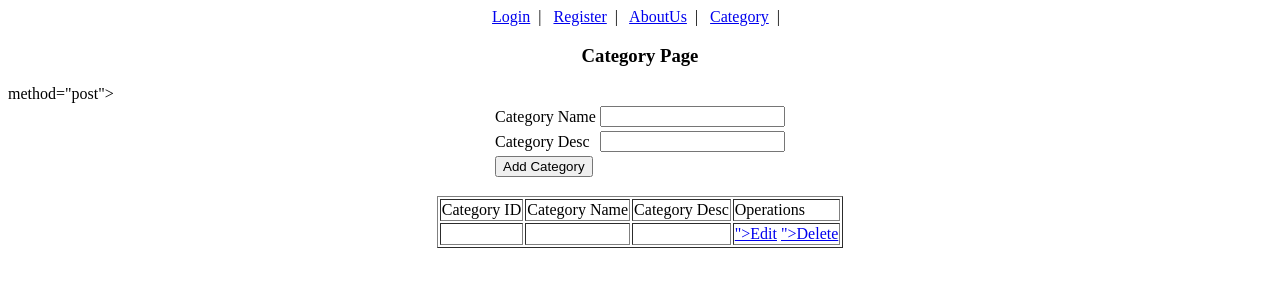
Repository: ramizkhan037/Java-Project
Page: http://localhost/Frontend/WEB-INF/views/Category.jsp
The author's editor kept a copy of each file at every save. The page is drawn from the files as they stood at one save, then again after the next save.
The browser window is 1280 px wide. The pictures show the whole page.
The page is served by Tomcat 9. Nobody is signed in. Other server files are loaded and not shown. The template is opened directly, without the code that normally fills it, so the values that code supplies are empty.

Above is the page before, as saved 2018-11-29 08:19:06.

### Frontend/src/main/webapp/WEB-INF/views/Category.jsp
<%@include file="Header.jsp" %>




<h3 align="center">Category Page</h3>

<form action="<c:url value="/addCategory"/> method="post">

<table align="center">
	<tr>
		<td>Category Name </td>
		<td><input type="text" id="categoryName" name="categoryName"/></td>
	</tr>
	<tr>
		<td>Category Desc </td>
		<td><input type="text" id="categoryDesc" name="categoryDesc"/></td>
	</tr>
	<tr>
		<td colspan="2"><input type="submit" value="Add Category"/></td>
	</tr>
</table>
</form>


<table align="center" border="1">
	<tr>
		<td>Category ID</td>
		<td>Category Name</td>
		<td>Category Desc</td>
		<td>Operations</td>
	</tr>
	<c:forEach items="${listCategories}" var="category">
	<tr>
		<td>${category.categoryId}</td>
		<td>${category.categoryName}</td>
		<td>${category.categoryDesc}</td>
		<td>
			<a href="<c:url value="/editCategory/${category.categoryId}"/>">Edit</a>
			<a href="<c:url value="/deleteCategory/${category.categoryId}"/>">Delete</a>
		</td>
	</tr>
	</c:forEach>
</table>

</body>
</html>

### Frontend/src/main/webapp/WEB-INF/views/Header.jsp
<%@ page language="java" contentType="text/html"%>
<html>
<head>
<meta http-equiv="Content-Type" content="text/html; charset=ISO-8859-1">
<title>Insert title here</title>
</head>
<body>

<p align="center">
<a href="login">Login</a>&nbsp;&nbsp;|&nbsp;&nbsp;
<a href="register">Register</a>&nbsp;&nbsp;|&nbsp;&nbsp;
<a href="aboutus">AboutUs</a>&nbsp;&nbsp;|&nbsp;&nbsp;
<a href="category">Category</a>&nbsp;&nbsp;|&nbsp;&nbsp;

</p>

</body>
</html>

After the next save:
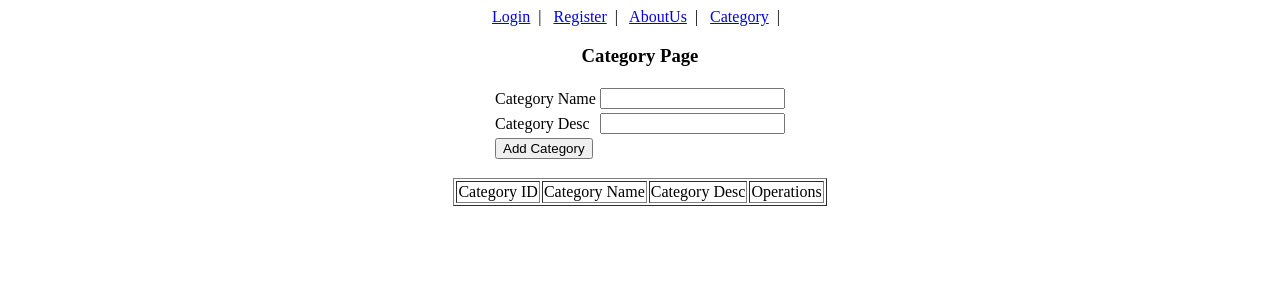
Saved 3 min 59 s later.
--- a/Frontend/src/main/webapp/WEB-INF/views/Category.jsp
+++ b/Frontend/src/main/webapp/WEB-INF/views/Category.jsp
@@ -1,11 +1,11 @@
 <%@include file="Header.jsp" %>
 
-
+<%@taglib uri="http://java.sun.com/jsp/jstl/core" prefix="c" %>
 
 
 <h3 align="center">Category Page</h3>
 
-<form action="<c:url value="/addCategory"/> method="post">
+<form action="<c:url value="/addCategory"/>" method="post" >
 
 <table align="center">
 	<tr>
